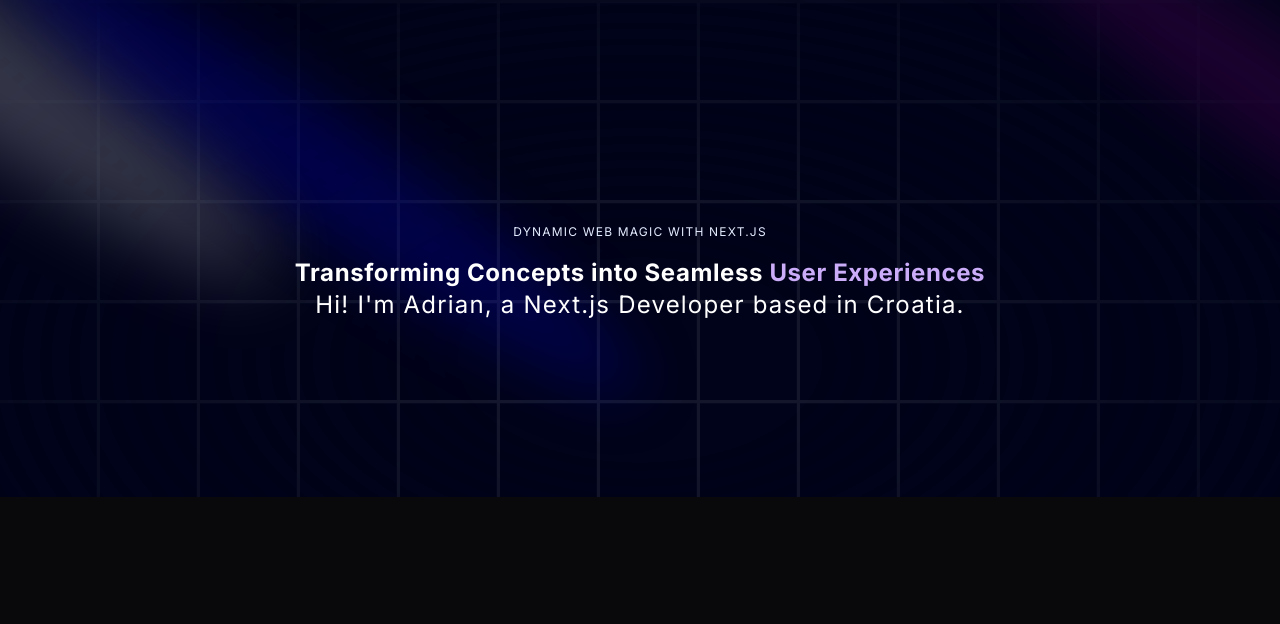
Repository: iharshitjaiswal/next_portfolio
Page: /
The author's editor kept a copy of each file at every save. The page is drawn from the files as they stood at one save, then again after a run of saves.
The browser window is 1280 px wide. The pictures show the whole page.
The project was rebuilt for these pictures with package versions that can differ from the ones it lists, and the page was loaded fresh each time. The framework's server and built-in components were replaced by stand-ins that run in the browser. Also part of the build but not shown: next.config.mjs.

Above is the page before, as saved 2024-05-24 13:53:20.

After the next 2 saves:
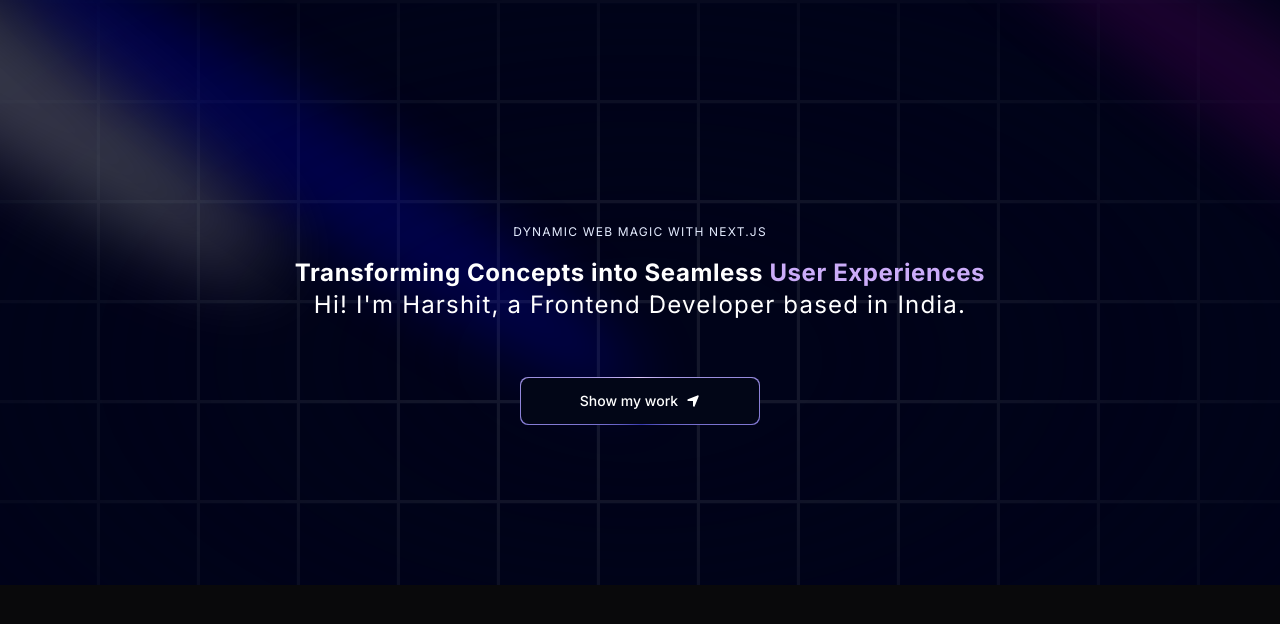
The 2 saves are shown as one change because 1 did not build or start.
The last was saved 5 min 24 s later.
--- a/components/Hero.tsx
+++ b/components/Hero.tsx
@@ -1,6 +1,8 @@
 import React from "react";
 import { Spotlight } from "./ui/Spotlight";
 import { TextGenerateEffect } from "./ui/TextGenerate-Effect";
+import MagicButton from "./MagicButton";
+import { FaLocationArrow } from "react-icons/fa6";
 
 const Hero = () => {
   return (
@@ -30,15 +32,15 @@
           />
 
           <p className="text-center md:tracking-wider mb-4 text-sm md:text-lg lg:text-2xl">
-            Hi! I&apos;m Adrian, a Next.js Developer based in Croatia.
+            Hi! I&apos;m Harshit, a Frontend Developer based in India.
           </p>
 
           <a href="#about">
-            {/* <MagicButton
+            <MagicButton
               title="Show my work"
               icon={<FaLocationArrow />}
               position="right"
-            /> */}
+            />
           </a>
         </div>
       </div>
